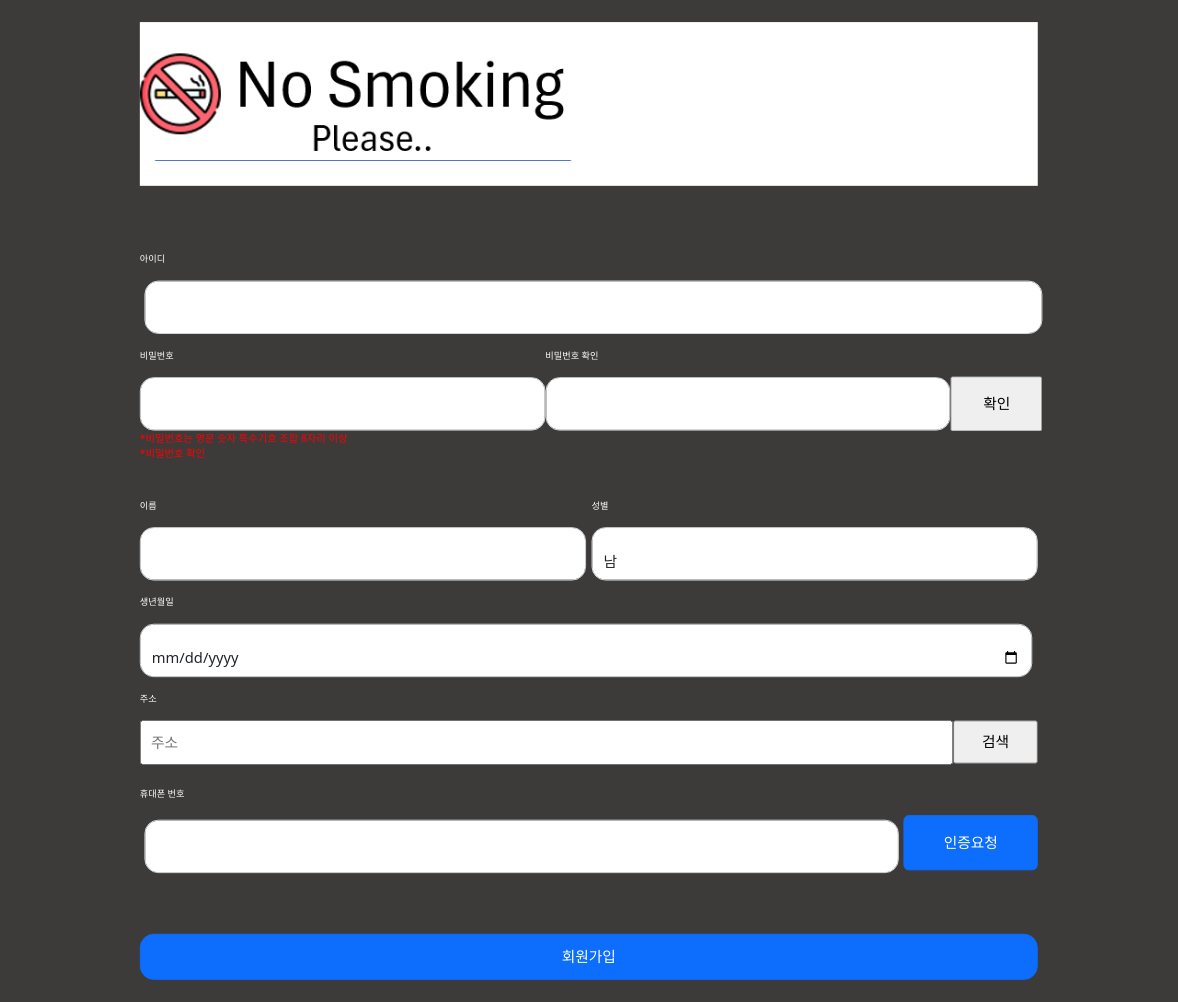
Repository: Imdo714/NoSmoking
Page: http://localhost/noSmoking/WEB-INF/views/member/insertMember.jsp
An editor plug-in stored every save of this project. The page is shown before and after the next save, followed by the edit.
The browser window is 1280 px wide. The pictures show the whole page, at 92% of full size.
The page is served by Tomcat 9. Nobody is signed in. The template is opened directly, without the code that normally fills it, so the values that code supplies are empty.

Above is the page before, as saved 2024-03-05 12:17:31.

After the next save:
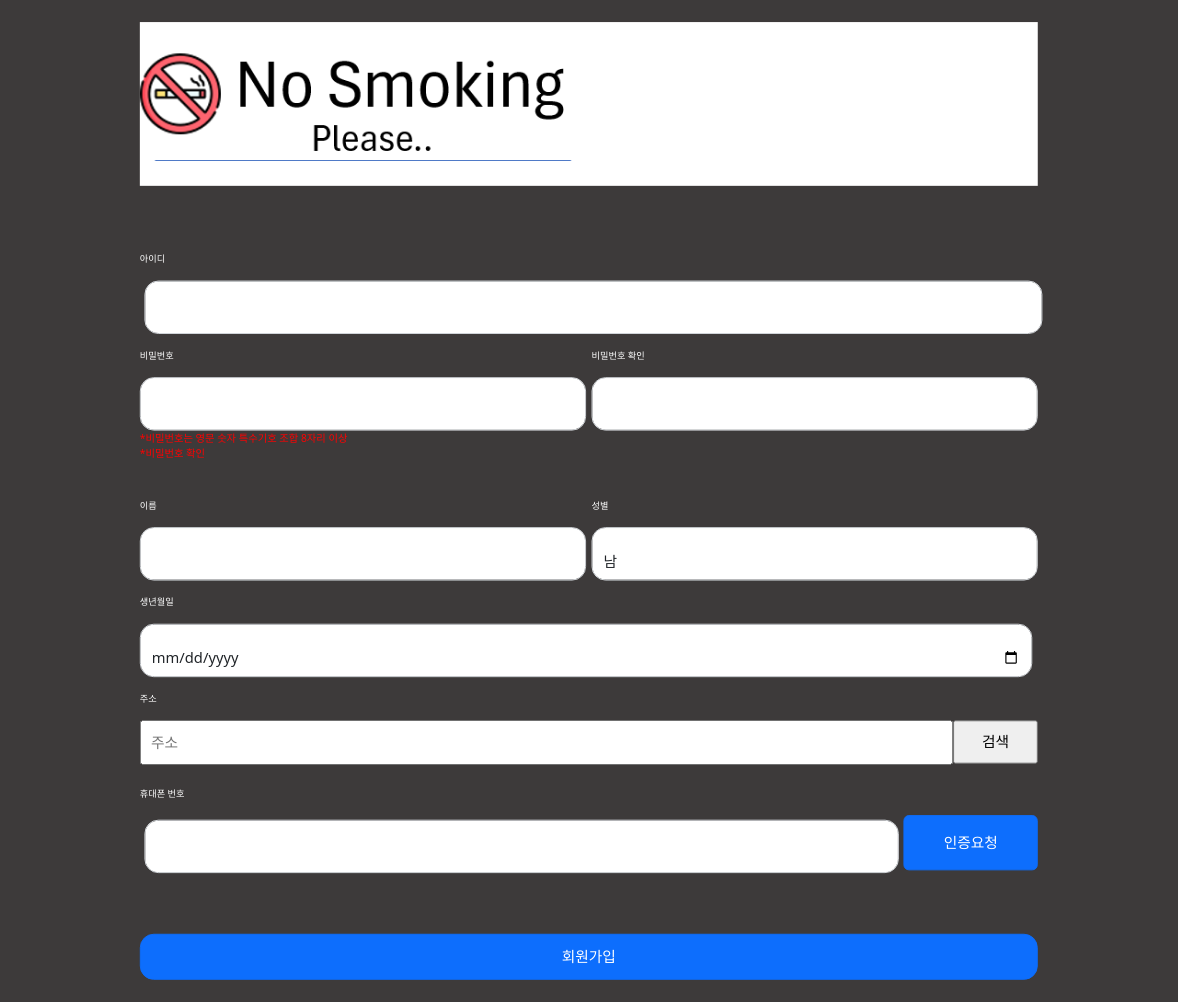
Saved 2 days later.
--- a/noSmoking/src/main/webapp/WEB-INF/views/member/insertMember.jsp
+++ b/noSmoking/src/main/webapp/WEB-INF/views/member/insertMember.jsp
@@ -38,10 +38,6 @@
                             <p class="join-font">비밀번호 확인</p>
                             <input type="password" class="form-control id " value="" id="inputCheckPass">
                         </div>
-
-                        <div class="form-floating mb-3 join-halfLim">
-                        	<input type="button" style="width: 100px; height: 60px;" onclick="check()" value="확인">
-                    	</div>
                     </div>
 
                     <br>
